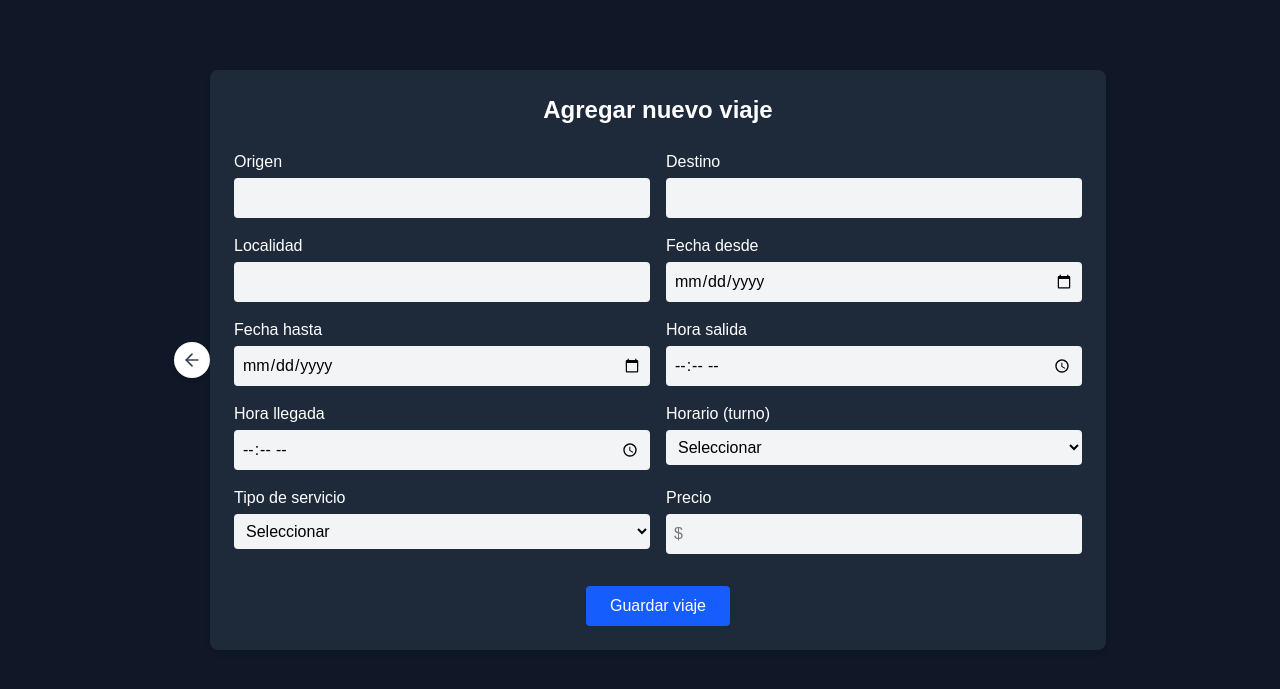
Repository: francoluca35/appcolectivos
Page: /agregarviaje
These files come from the project's save history. The page is drawn as it stood at one moment and after the next save; the edit follows.
The browser window is 1280 px wide. The pictures show the whole page.
The project was rebuilt for these pictures with package versions that can differ from the ones it lists, and the page was loaded fresh each time. The framework's server and built-in components were replaced by stand-ins that run in the browser. Also part of the build but not shown: next.config.mjs.

Above is the page before, as saved 2025-03-31 15:57:58.

### src/app/agregarviaje/page.js
"use client";
import React, { Suspense } from "react";
import BackArrow from "../components/backArrow";
import AgregarViajeForm from "./AgregarViajeForm";

export default function AgregarViaje() {
  return (
    <div className="min-h-screen bg-gray-900 flex items-center justify-center px-4 relative">
      <BackArrow />
      <div className="bg-gray-800 p-6 rounded-lg shadow-md w-full max-w-4xl">
        <h2 className="text-2xl text-white font-bold mb-6 text-center">Agregar nuevo viaje</h2>
        <Suspense fallback={<p className="text-center text-white">Cargando formulario...</p>}>
          <AgregarViajeForm />
        </Suspense>
      </div>
    </div>
  );
}

### src/app/components/backArrow.js
'use client';

import { useRouter } from "next/navigation";
import { ArrowLeft } from "lucide-react";

export default function BackArrow({ className = "" }) {
  const router = useRouter();

  return (
    <button
      onClick={() => router.push("/homeadmin")}
      className={`bg-white rounded-full p-2 shadow-md hover:bg-gray-100 transition ${className}`}
      aria-label="Volver al inicio"
    >
      <ArrowLeft className="h-5 w-5 text-gray-700" />
    </button>
  );
}

### src/app/agregarviaje/AgregarViajeForm.jsx
'use client';
import { useState } from "react";
import useAgregarViaje from "@/hooks/useAgregarViaje";

export default function AgregarViajeForm() {
  const [form, setForm] = useState({
    origen: "",
    destino: "",
    localidad: "",
    fechaDesde: "",
    fechaHasta: "",
    horaSalida: "",
    horaLlegada: "",
    horario: "",
    precio: "",
    tipoServicio: "",
  });

  const { agregarViaje, loading, error, success } = useAgregarViaje();

  const handleChange = (e) => {
    setForm({ ...form, [e.target.name]: e.target.value });
  };

  const handleSubmit = async (e) => {
    e.preventDefault();
    await agregarViaje(form);
    setForm({
      origen: "",
      destino: "",
      localidad: "",
      fechaDesde: "",
      fechaHasta: "",
      horaSalida: "",
      horaLlegada: "",
      horario: "",
      precio: "",
      tipoServicio: "",
    });
  };

  return (
    <form onSubmit={handleSubmit} className="grid grid-cols-1 md:grid-cols-2 gap-4 text-white">
      {[
        { label: "Origen", name: "origen", type: "text" },
        { label: "Destino", name: "destino", type: "text" },
        { label: "Localidad", name: "localidad", type: "text" },
        { label: "Fecha desde", name: "fechaDesde", type: "date" },
        { label: "Fecha hasta", name: "fechaHasta", type: "date" },
        { label: "Hora salida", name: "horaSalida", type: "time" },
        { label: "Hora llegada", name: "horaLlegada", type: "time" },
      ].map((input, i) => (
        <div key={i}>
          <label className="block mb-1">{input.label}</label>
          <input
            type={input.type}
            name={input.name}
            value={form[input.name]}
            onChange={handleChange}
            className="w-full p-2 rounded bg-gray-100 text-black"
          />
        </div>
      ))}

      {/* Horario */}
      <div>
        <label className="block mb-1">Horario (turno)</label>
        <select name="horario" value={form.horario} onChange={handleChange} className="w-full p-2 rounded bg-gray-100 text-black">
          <option value="">Seleccionar</option>
          <option value="mañana">Mañana</option>
          <option value="tarde">Tarde</option>
          <option value="noche">Noche</option>
        </select>
      </div>

      {/* Tipo de servicio */}
      <div>
        <label className="block mb-1">Tipo de servicio</label>
        <select name="tipoServicio" value={form.tipoServicio} onChange={handleChange} className="w-full p-2 rounded bg-gray-100 text-black">
          <option value="">Seleccionar</option>
          <option value="semi-cama">Semi Cama</option>
          <option value="cama-completa">Cama Completa</option>
          <option value="clasico">Clásico</option>
        </select>
      </div>

      {/* Precio */}
      <div>
        <label className="block mb-1">Precio</label>
        <input
          type="number"
          name="precio"
          placeholder="$"
          value={form.precio}
          onChange={handleChange}
          className="w-full p-2 rounded bg-gray-100 text-black"
        />
      </div>

      {/* Botón */}
      <div className="md:col-span-2 text-center mt-4">
        <button type="submit" className="bg-blue-600 hover:bg-blue-700 px-6 py-2 rounded text-white transition" disabled={loading}>
          {loading ? "Guardando..." : "Guardar viaje"}
        </button>
        {error && <p className="text-red-400 mt-2">{error}</p>}
        {success && <p className="text-green-400 mt-2">Viaje guardado correctamente</p>}
      </div>
    </form>
  );
}

### src/hooks/useAgregarViaje.js
'use client';
import { useState } from "react";

export default function useAgregarViaje() {
  const [loading, setLoading] = useState(false);
  const [error, setError] = useState(null);
  const [success, setSuccess] = useState(false);

  const agregarViaje = async (datos) => {
    setLoading(true);
    setError(null);
    setSuccess(false);

    try {
      const res = await fetch("/api/agregar-viaje", {
        method: "POST",
        headers: { "Content-Type": "application/json" },
        body: JSON.stringify(datos),
      });

      const data = await res.json();
      if (!res.ok) throw new Error(data.error || "Error al agregar viaje");

      setSuccess(true);
      return data;
    } catch (err) {
      setError(err.message);
    } finally {
      setLoading(false);
    }
  };

  return { agregarViaje, loading, error, success };
}

Loaded but not shown: src/app/layout.js (common file); src/app/globals.css (common file)

After the next save:
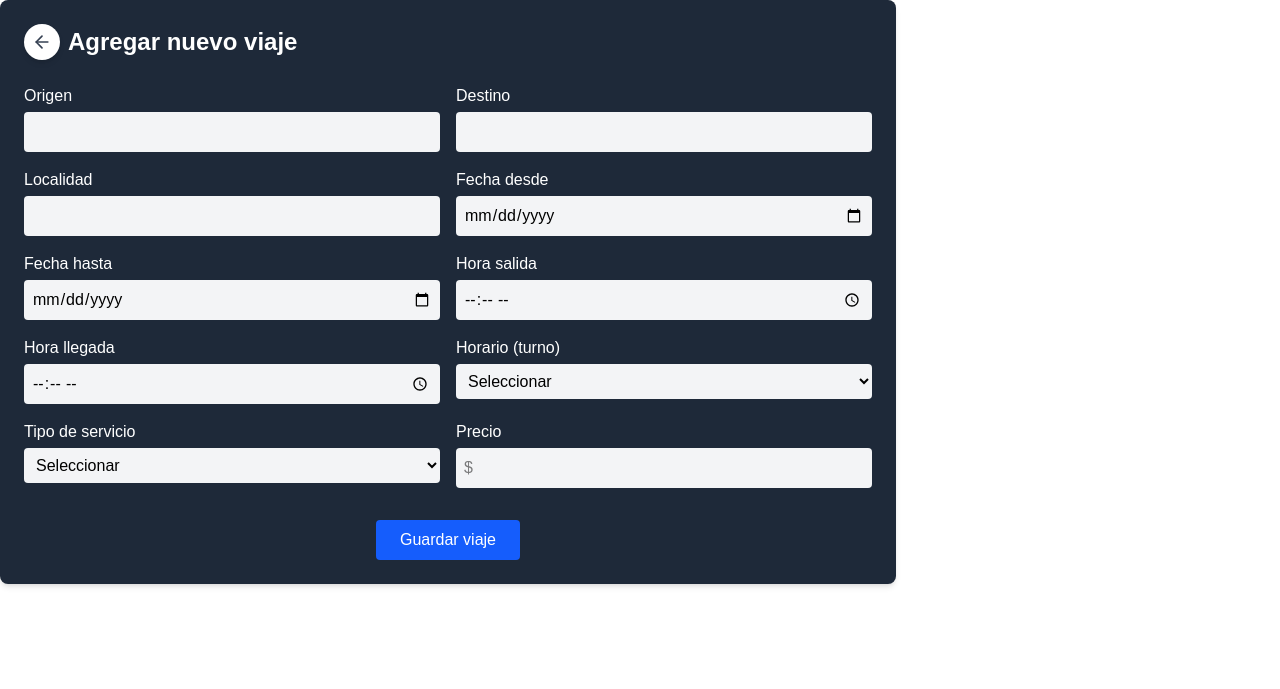
Saved 111 s later.
--- a/src/app/agregarviaje/page.js
+++ b/src/app/agregarviaje/page.js
@@ -5,14 +5,15 @@ import AgregarViajeForm from "./AgregarViajeForm";
 
 export default function AgregarViaje() {
   return (
-    <div className="min-h-screen bg-gray-900 flex items-center justify-center px-4 relative">
-      <BackArrow />
-      <div className="bg-gray-800 p-6 rounded-lg shadow-md w-full max-w-4xl">
-        <h2 className="text-2xl text-white font-bold mb-6 text-center">Agregar nuevo viaje</h2>
-        <Suspense fallback={<p className="text-center text-white">Cargando formulario...</p>}>
-          <AgregarViajeForm />
-        </Suspense>
-      </div>
-    </div>
+<div className="bg-gray-800 p-6 rounded-lg shadow-md w-full max-w-4xl">
+  <div className="flex items-center gap-2 mb-6">
+    <BackArrow />
+    <h2 className="text-2xl text-white font-bold">Agregar nuevo viaje</h2>
+  </div>
+  <Suspense fallback={<p className="text-center text-white">Cargando formulario...</p>}>
+    <AgregarViajeForm />
+  </Suspense>
+</div>
+
   );
 }
